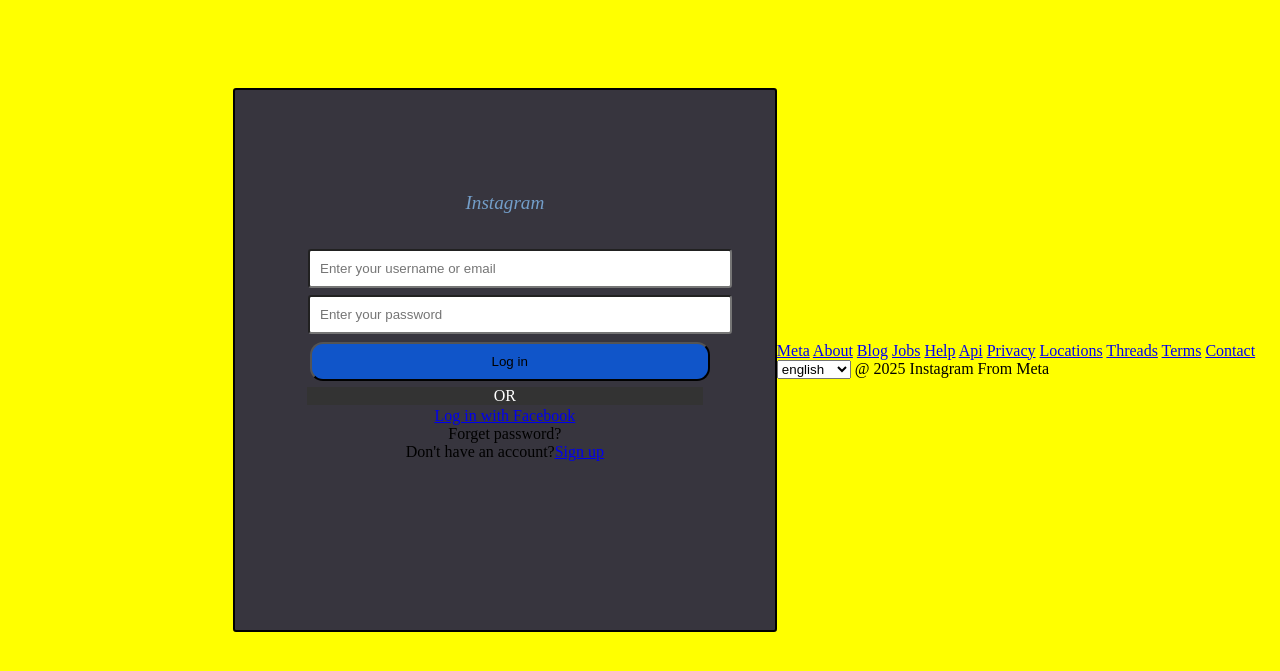
Repository: sristigupta04/basic-js-project
Page: index.html
The author's editor kept a copy of each file at every save. The page is drawn from the files as they stood at one save, then again after the next save.
The browser window is 1280 px wide. The pictures show the whole page.

Above is the page before, as saved 2025-10-24 13:45:58.

### index.html
<!DOCTYPE html>
<html lang="en">
<head>
    <meta charset="UTF-8">
    <meta name="viewport" content="width=device-width, initial-scale=1.0">
    <title>Login Instagram</title>
    <link rel="icon" type="icon" href="instagram logo.webp">
    <link rel="stylesheet" href="index.css">
</head>
<body>
    <div class="container">
        <div class="fill-up">
            <div class="ig">Instagram</div>
            <input type="text" placeholder="Enter your username or email"/>
            <input type="password" placeholder="Enter your password" required>
        </div>
        <button class="btn">Log in</button>
<div class="or"><span>OR</span></div>
<a href="#">
  <i class="fa-brands fa-facebook"></i> Log in with Facebook
</a>
<div class="foot">Forget password?</div>

<div class="footer">Don't have an account?<a href="#">Sign up</a>
        </div>
        </div>
    <footer>
        <div class="bottom">
            <a href="#">Meta</a>
             <a href="#">About</a>
              <a href="#">Blog</a>
               <a href="#">Jobs</a>
               <a href="#">Help</a>
              <a href="#">Api</a>
              <a href="#">Privacy</a>
              <a href="#">Locations</a>
              <a href="#">Threads</a>
              <a href="#">Terms</a>
              <a href="#">Contact</a>

        </div>
        <div class="bt1">
            <select>
                <option>english</option>
                <option>hindi</option>
                <option>Arbaic</option>
                <option>Francais</option>
            </select>
            <span>@ 2025 Instagram From Meta</span>
        </div>
</body>
</html>

### index.css
body{
    display: flex;
    justify-content:  center;
    align-items: center;
    height: 100vh;
    padding-left:13rem;
    background-color:yellow;
    margin:0;
}
.container{
   padding:70px;
   height:400px;
   width:400px;
   border:2px solid black;
   background-color:#37353E;
   border-radius: 3px;;
   text-align:center ;

}
.fill-up{
    justify-content: center;

}
.ig{
    color:#739EC9;
    font-size: larger;
    font-style: italic;
    font-weight: 200;
    margin:2rem;
}

input{
    width:100%;
    border-radius:0.2rem;
    color: black;
    padding: 10px;
    margin:0.2rem;
}
.btn{
width:100%;
padding: 10px;
margin:0.3rem;
border-radius: 13px;
background-color:#1055C9 ;
}
.or{
   color:white;
    margin: 2px;
    background:#333;
}

After the next save:
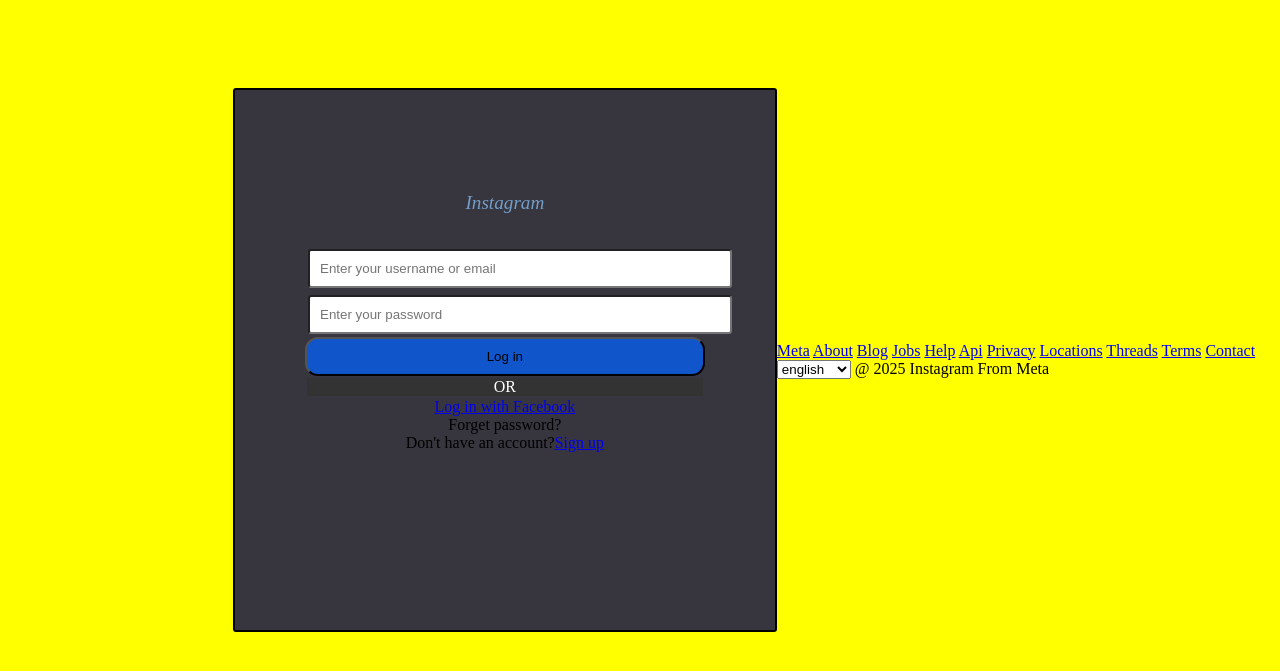
Saved 9 s later.
--- a/index.css
+++ b/index.css
@@ -39,7 +39,7 @@ input{
 .btn{
 width:100%;
 padding: 10px;
-margin:0.3rem;
+/* margin:0.3rem; */
 border-radius: 13px;
 background-color:#1055C9 ;
 }

After the save that followed:
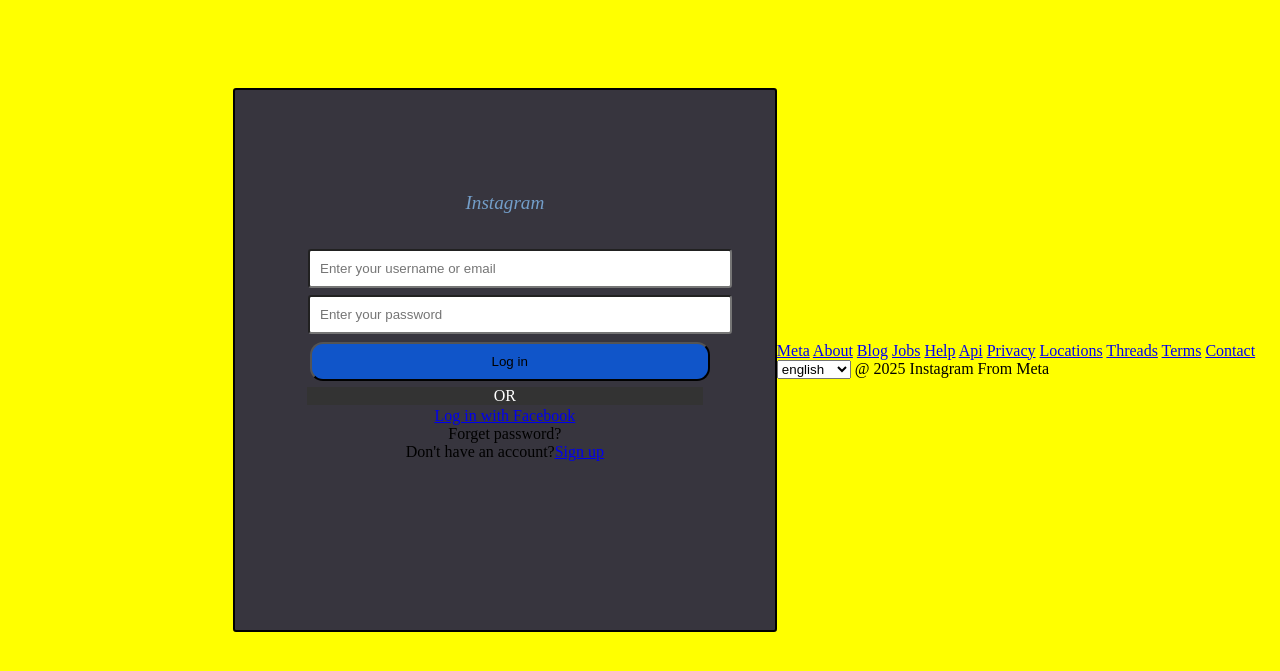
Saved 5 s later.
--- a/index.css
+++ b/index.css
@@ -39,7 +39,7 @@ input{
 .btn{
 width:100%;
 padding: 10px;
-/* margin:0.3rem; */
+margin:0.3rem;
 border-radius: 13px;
 background-color:#1055C9 ;
 }
